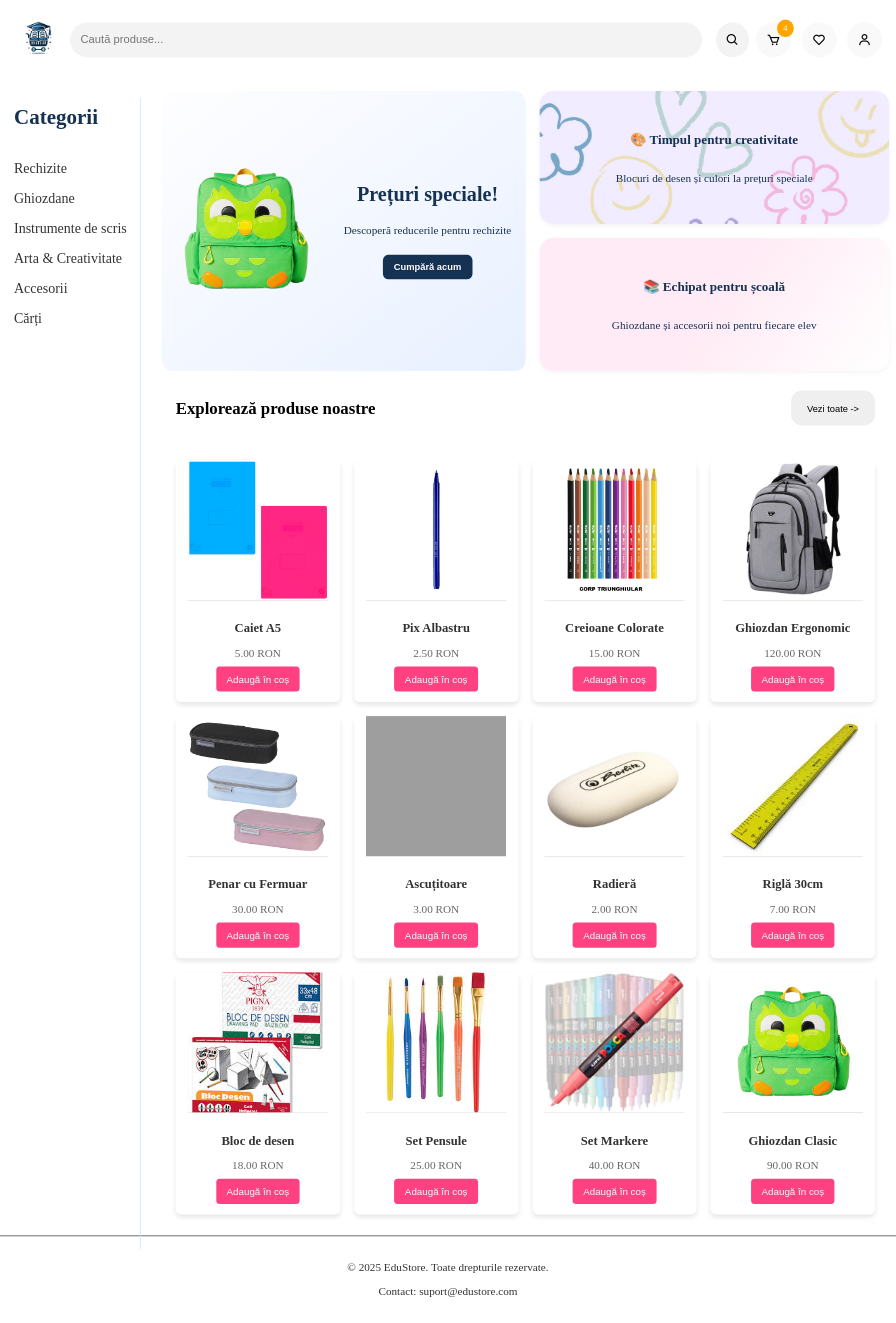
Repository: Roxana5504/WebDev-Project
Page: frontend/index.html
An editor plug-in stored every save of this project. The page is shown before and after the next save, followed by the edit.
The browser window is 1280 px wide. The pictures show the whole page, at 70% of full size.
Pictures or frames that could not be fetched are drawn as grey boxes.

Above is the page before, as saved 2025-04-23 17:43:10.

### frontend/index.html
<!DOCTYPE html>
<html lang="ro">
  <head>
    <meta charset="UTF-8" />
    <meta name="viewport" content="width=device-width, initial-scale=1.0" />
    <title>Căutare Produse</title>
    <link rel="stylesheet" href="/styles.css" />
    <link
      href="https://cdn.jsdelivr.net/npm/boxicons@2.1.4/css/boxicons.min.css"
      rel="stylesheet"
    />
  </head>

  <body>
    <header class="container-header">
      <div class="logo">
        <img src="/backend/images/logoDWS.png" alt="EduStore" />
      </div>

      <div class="search-bar">
        <button class="sidebar-toggle" id="sidebar-toggle">
          <i class="bx bx-menu"></i>
        </button>
        <input type="text" id="search-input" placeholder="Caută produse..." />
        <button class="search-btn" id="search-btn">
          <i class="bx bx-search"></i>
        </button>
      </div>

      <div class="header-icons">
        <div class="header-icon">
          <span class="cart-items">4</span>
          <i class="bx bx-cart"></i>
        </div>
        <div class="header-icon">
          <i class="bx bx-heart"></i>
        </div>
        <div class="header-icon profile">
          <i class="bx bx-user"></i>
        </div>
      </div>
    </header>

    <div class="main-content">
      <aside class="sidebar">
        <div>
          <h2>Categorii</h2>
          <ul>
            <li>Rechizite</li>
            <li>Ghiozdane</li>
            <li>Instrumente de scris</li>
            <li>Arta & Creativitate</li>
            <li>Accesorii</li>
            <li>Cărți</li>
          </ul>
        </div>
      </aside>

      <div class="container">
        <section class="banner">
          <div class="banner-left">
            <div class="banner-left-content">
              <div class="img-cont">
                <img src="/backend/images/gh.jpg" alt="Oferta specială" />
              </div>

              <div class="banner-text">
                <h2>Prețuri speciale!</h2>
                <p>Descoperă reducerile pentru rechizite</p>
                <button class="buy-now-btn" id="buy-now-btn">
                  Cumpără acum
                </button>
              </div>
            </div>
          </div>

          <div class="banner-right">
            <div class="banner-right-up">
              <h3>🎨 Timpul pentru creativitate</h3>
              <p>Blocuri de desen și culori la prețuri speciale</p>
            </div>
            <div class="banner-right-down">
              <h3>📚 Echipat pentru școală</h3>
              <p>Ghiozdane și accesorii noi pentru fiecare elev</p>
            </div>
          </div>
        </section>

        <section class="products">
          <div class="products-explore-line">
            <h2>Explorează produse noastre</h2>
            <button class="all-products-button">Vezi toate -></button>
          </div>
          <div id="product-list" class="product-list"></div>
        </section>
      </div>
    </div>
    <footer>
      <p>&copy; 2025 EduStore. Toate drepturile rezervate.</p>
      <p>Contact: suport@edustore.com</p>
    </footer>
    <script src="script.js"></script>
  </body>
</html>

### frontend/styles.css
/*CSS Roxana*/
html,
body {
  height: auto; /* nu mai forțăm 100% */
  min-height: 100%;
  margin: 0;
  padding-top: 60px;
  overflow-x: hidden;
}

.modal-overlay {
  position: fixed;
  top: 0;
  left: 0;
  right: 0;
  bottom: 0;
  background: rgba(0, 0, 0, 0.6);
  display: flex;
  align-items: center;
  justify-content: center;
  padding: 20px;
  z-index: 9999;
  overflow-y: auto;
  box-sizing: border-box;
}

.modal-content {
  display: flex;
  flex-direction: column;
  background: white;
  padding: 20px;
  border-radius: 10px;
  max-width: 800px;
  width: 100%;
  max-height: 90vh;
  overflow-y: auto;
  position: relative;
  box-sizing: border-box;
  align-items: center;
}

.modal-buttons {
  align-items: center;
  display: flex;
  gap: 10px;
  margin-top: 20px;
}

.modal-content button {
  background-color: black;
  color: white;
  font-weight: bold;
  border: none;
  padding: 12px 16px;
  border-radius: 5px;
}

.close-btn {
  position: absolute;
  top: 10px;
  right: 15px;
  font-size: 24px;
  cursor: pointer;
  color: red;
}

.modal-products {
  display: flex;
  flex-wrap: wrap;
  gap: 20px;
}

.modal-product-card {
  width: 200px;
  border: 1px solid #eee;
  border-radius: 10px;
  padding: 10px;
  text-align: center;
}

.modal-product-card img {
  max-width: 100%;
  height: auto;
  border-radius: 5px;
}

.container-header {
  position: fixed;
  top: 0px;
  background-color: white;
  z-index: 98;
  padding: 20px;
  display: flex;
  align-items: center;
  justify-content: space-between;
  width: 100%;
  box-sizing: border-box;
  flex-wrap: wrap;
  gap: 10px;
}

.logo img {
  height: 70px;
  cursor: pointer;
}

.search-bar {
  flex: 1;
  gap: 20px;
  display: flex;
  align-items: center;
  position: relative;
  max-width: 1000px;
}

.search-btn {
  width: 50px;
  height: 50px;
  border-radius: 100%;
  border: none;
  background-color: #f3f3f3;
  display: flex;
  justify-content: center;
  align-items: center;
  cursor: pointer;
  font-size: 20px;
}

.search-bar input {
  min-width: 200px;
  width: 100%;
  height: 50px;
  padding: 10px 15px;
  border-radius: 50px;
  border: none;
  background-color: #f3f3f3;
  font-size: 16px;
  outline: none;
  box-sizing: border-box;
}

.header-icons {
  display: flex;
  align-items: center;
  gap: 15px;
}

.header-icon {
  position: relative;
  width: 50px;
  height: 50px;
  background-color: #f9f9f9;
  border-radius: 50%;
  display: flex;
  justify-content: center;
  align-items: center;
  cursor: pointer;
}

.header-icon i {
  font-size: 20px;
  color: black;
}

.cart-items {
  position: absolute;
  top: -4px;
  right: -4px;
  background-color: orange;
  color: white;
  font-size: 12px;
  border-radius: 100%;
  padding: 5px 9px;
}

.main-content {
  display: flex;
  width: 100%;
  box-sizing: border-box;
}

.container {
  flex: 1;
  width: 100%;
  margin: 0px auto;
  display: flex;
  flex-direction: column;
  padding: 10px;
  max-width: 1200px;
  box-sizing: border-box;
  justify-content: flex-start;
}

.sidebar {
  position: relative;
  top: 20px;
  height: auto;
  width: 200px;
  padding-right: 0px;
  margin-right: 20px;
  border-right: 1px solid rgb(203, 227, 255);
}

.sidebar div {
  position: sticky;
  top: 0px;
  background-color: white;
  z-index: 99;
}

.sidebar h2 {
  padding: 10px 0 10px 20px;
  font-size: 30px;
  font-weight: bold;
  margin-top: 0px;
  color: rgb(22, 50, 82);
}

.sidebar ul {
  list-style: none;
  padding: 0;
  margin: 0;
  margin-left: 20px;
}

.sidebar ul li {
  padding: 10px 0;
  font-size: 20px;
  color: #333;
  cursor: pointer;
  transition: color 0.3s ease;
}

.sidebar ul li:hover {
  color: #0d4e5a;
}

.sidebar-toggle {
  background: none;
  border: none;
  font-size: 25px;
  cursor: pointer;
  display: none;
}

.banner {
  display: flex;
  flex-wrap: wrap;
  gap: 20px;
  width: 100%;
  box-sizing: border-box;
}

.banner-left {
  box-sizing: border-box;
  background: linear-gradient(to bottom right, #fefeff, #e8f0ff);
  border-radius: 16px;
  padding: 10px;
  position: relative;
  display: flex;
  align-items: center;
  flex: 1;
}

.banner-left-content {
  display: flex;
  gap: 20px;
  align-items: center;
  flex-wrap: wrap;
  width: 100%;
  justify-content: center;
  text-align: center;
}

.banner-left-content img {
  width: 100%;
  max-width: 220px;
  height: auto;
  border-radius: 10px;
  object-fit: cover;
}

.banner-text {
  flex: 1;
  display: flex;
  flex-direction: column;
  gap: 10px;
}

.banner-text h2 {
  font-size: 1.8rem;
  color: rgb(22, 50, 82);
  margin: 0;
}

.banner-text p {
  font-size: 1rem;
  color: rgb(22, 50, 82);
}

.buy-now-btn {
  background-color: rgb(22, 50, 82);
  max-width: 200px;
  color: white;
  border: none;
  padding: 10px 16px;
  border-radius: 8px;
  font-weight: bold;
  cursor: pointer;
  align-self: center;
}

.banner-right {
  flex: 1;
  display: flex;
  flex-direction: column;
  justify-content: space-between;
  gap: 20px;
  min-width: 300px;
}

.banner-right-up,
.banner-right-down {
  border-radius: 20px;
  padding: 20px;
  text-align: center;
  min-height: 150px;
  display: flex;
  flex-direction: column;
  justify-content: center;
  box-shadow: 0 2px 6px rgba(0, 0, 0, 0.05);
}

.banner-right-up {
  background: url("/backend/images/bkgdsw.jpg");
  background-size: cover;
  color: rgb(22, 50, 82);
  flex: 1;
}

.banner-right-down {
  background: #ffebf5;
  background: linear-gradient(
    124deg,
    rgba(255, 235, 245, 1) 50%,
    rgba(255, 255, 255, 1) 100%
  );
  color: rgb(22, 50, 82);
  flex: 1;
}

footer {
  text-align: center;
  padding: 20px;
  border-top: 1px solid #333;
  color: #333;
  background-color: white;
}

.products-explore-line {
  display: flex;
  justify-content: space-between;
  width: 100%;
  box-sizing: border-box;
  align-items: center;
  padding: 20px;
}

.all-products-button {
  border: none;
  border-radius: 16px;
  padding: 0px 10px;
  width: 120px;
  height: 50px;
  cursor: pointer;
}

@media (max-width: 768px) {
  .search-bar {
    gap: 10px;
    width: 100%;
    margin: 0px;
    order: 1;
    display: flex;
    justify-content: center;
  }

  .search-bar input {
    flex: 1;
    margin: 0 10px;
  }

  .banner {
    flex-direction: column;
  }

  .banner-left {
    width: 100%;
    flex: none;
  }

  .banner-right {
    flex-direction: row;
    flex-wrap: wrap;
    width: 100%;
    gap: 20px;
  }

  .banner-right-up,
  .banner-right-down {
    flex: 1 1 48%;
    min-width: 48%;
    padding: 15px;
  }
}

@media (max-width: 600px) {
  .modal-products {
    flex-direction: column;
    align-items: center;
  }

  .modal-product-card {
    width: 100%;
    max-width: 300px;
  }
  .sidebar {
    position: fixed;
    z-index: 99;
    transform: translateX(-100%);
    display: none;
    border: none;
  }

  .sidebar-toggle {
    display: block;
  }

  .sidebar.open {
    transform: translateX(0);
    display: block;
  }

  .sidebar h2 {
    font-size: 22px;
  }

  .sidebar ul li {
    font-size: 16px;
  }
}

/*Sfarsit CSS Roxana*/

.product-list {
  display: grid;
  grid-template-columns: repeat(auto-fit, minmax(220px, 1fr));
  gap: 20px;
  padding: 20px;
}

.product-card {
  background: white;
  border-radius: 8px;
  box-shadow: 0px 4px 8px rgba(0, 0, 0, 0.1);
  overflow: hidden;
  text-align: center;
  transition: transform 0.2s ease-in-out;
}

.product-card:hover {
  transform: scale(1.05);
}

.product-card img {
  width: 100%;
  height: 200px;
  object-fit: cover;
  border-bottom: 1px solid #ddd;
}

.product-card .product-info {
  padding: 15px;
}

.product-card h3 {
  font-size: 18px;
  margin: 10px 0;
  color: #333;
}

.product-card p {
  font-size: 16px;
  color: #666;
  margin-bottom: 10px;
}

.product-card button {
  background: #ff4081;
  color: white;
  border: none;
  padding: 10px 15px;
  border-radius: 5px;
  cursor: pointer;
  font-size: 14px;
  transition: background 0.3s;
}

.product-card button:hover {
  background: #e6006e;
}

@media (max-width: 768px) {
  .product-list {
    grid-template-columns: repeat(auto-fit, minmax(180px, 1fr));
  }
}

### frontend/script.js
//Roxana
document.addEventListener("DOMContentLoaded", function () {
  const categoryItems = document.querySelectorAll("aside li")
  const productList = document.getElementById("product-list")
  let products = []

  fetch("/products.json")
    .then((response) => {
      if (!response.ok) {
        throw new Error("Eroare la încărcarea fișierului products.json")
      }
      return response.json()
    })
    .then((data) => {
      products = data.products.map((product) => {
        const name = product.name.toLowerCase()
        let category = "altele"

        if (name.includes("ghiozdan")) category = "ghiozdane"
        else if (
          name.includes("pix") ||
          name.includes("creion") ||
          name.includes("marker") ||
          name.includes("pensul")
        )
          category = "arta-creativitate"
        else if (
          name.includes("radier") ||
          name.includes("ascuțitoare") ||
          name.includes("rigl")
        )
          category = "accesorii"
        else if (
          name.includes("caiet") ||
          name.includes("penar") ||
          name.includes("bloc")
        )
          category = "rechizite"

        return { ...product, category }
      })

      renderProducts()
    })
    .catch((error) => {
      console.error("Eroare la încărcare produse:", error)
    })

  function renderProducts() {
    productList.innerHTML = ""
    products.forEach((product) => {
      const productCard = document.createElement("div")
      productCard.classList.add("product-card")
      productCard.setAttribute("data-category", product.category)
      productCard.innerHTML = `
        <img src="${product.image}" alt="${
        product.name
      }" style="width: 200px; height: 200px; object-fit: cover;">
        <div class="product-info">
          <h3>${product.name}</h3>
          <p>${product.price.toFixed(2)} RON</p>
          <button>Adaugă în coș</button>
        </div>
      `
      productList.appendChild(productCard)
    })
  }

  categoryItems.forEach((item) => {
    item.addEventListener("click", function () {
      const category = this.textContent
        .trim()
        .toLowerCase()
        .replace(/\s+/g, "-")
      const productCards = document.querySelectorAll(".product-card")

      productCards.forEach((product) => {
        if (
          product.getAttribute("data-category") === category ||
          category === "toate"
        ) {
          product.style.display = "flex"
        } else {
          product.style.display = "none"
        }
      })
    })
  })
})

document.getElementById("search-btn").addEventListener("click", () => {
  const query = document.getElementById("search-input").value.trim()

  fetch(`/products/${query}`)
    .then((res) => {
      if (!res.ok) throw new Error("Server error: " + res.status)
      return res.json()
    })
    .then((data) => {
      if (data.length > 0) {
        showModalWithProducts(data)
      } else {
        showNoProductFoundModal(query)
      }
    })
    .catch((err) => {
      console.error("Eroare:", err)
    })
})

document.getElementById("buy-now-btn").addEventListener("click", () => {
  const query = "Ghiozdan Clasic"
  fetch(`/products/${query}`)
    .then((res) => {
      if (!res.ok) throw new Error("Server error: " + res.status)
      return res.json()
    })
    .then((data) => {
      if (data.length > 0) {
        showModalWithProducts(data)
      } else {
        showNoProductFoundModal(query)
      }
    })
    .catch((err) => {
      console.error("Eroare:", err)
    })
})

function showModalWithProducts(products) {
  let modalHTML = `
      <div id="product-modal" class="modal-overlay">
        <div class="modal-content">
          <span class="close-btn" onclick="closeModal()">&times;</span>
          <h2>Rezultate Căutare</h2>
          <div class="modal-products">
    `

  products.forEach((product) => {
    modalHTML += `
        <div class="modal-product-card">
          <img src="${product.image}" alt="${product.name}" />
          <h3>${product.name}</h3>
          <p>Preț: ${product.price} lei</p>
          <p>Cantitate: ${product.quantity ?? "Nespecificat"}</p>
        </div>
      `
  })

  modalHTML += `
          </div>
        </div>
      </div>
    `

  document.body.insertAdjacentHTML("beforeend", modalHTML)
}

function showNoProductFoundModal(query) {
  const modalHTML = `
      <div id="product-modal" class="modal-overlay">
        <div class="modal-content">
          <span class="close-btn" onclick="closeModal()">&times;</span>
          <h2>Produs negăsit</h2>
          <p>Nu am găsit produsul <strong>"${query}"</strong>.</p>
          <p>Dorești să îl adaugi în magazin?</p>
          <div class="modal-buttons">
          <button onclick="openAddProductForm('${query}')">Adaugă produs</button>
          <button onclick="closeModal()">Încearcă din nou</button></div>
        </div>
      </div>
    `
  document.body.insertAdjacentHTML("beforeend", modalHTML)
}

function closeModal() {
  const modal = document.getElementById("product-modal")
  if (modal) modal.remove()
}

const sidebarToggle = document.getElementById("sidebar-toggle")
const sidebar = document.querySelector(".sidebar")

sidebarToggle.addEventListener("click", () => {
  sidebar.classList.toggle("open")
})
//Sfarsit cod Roxana

### backend/products.json
{
  "products": [
    { "name": "Caiet A5", "price": 5.0, "image": "/backend/images/caiet.jpg" },
    {
      "name": "Pix Albastru",
      "price": 2.5,
      "image": "/backend/images/pix.jpg",
      "quantity": 20
    },
    {
      "name": "Creioane Colorate",
      "price": 15.0,
      "image": "/backend/images/creioane.jpg",
      "quantity": 20
    },
    {
      "name": "Ghiozdan Ergonomic",
      "price": 120.0,
      "image": "/backend/images/ghiozdan.jpg",
      "quantity": 20
    },
    {
      "name": "Penar cu Fermuar",
      "price": 30.0,
      "image": "/backend/images/penar.jpg",
      "quantity": 20
    },
    {
      "name": "Ascuțitoare",
      "price": 3.0,
      "image": "/backend/images/ascutitoare.jpg",
      "quantity": 20
    },

    {
      "name": "Radieră",
      "price": 2.0,
      "image": "/backend/images/radiera.jpg",
      "quantity": 20
    },
    {
      "name": "Riglă 30cm",
      "price": 7.0,
      "image": "/backend/images/rigla.jpg",
      "quantity": 20
    },
    {
      "name": "Bloc de desen",
      "price": 18.0,
      "image": "/backend/images/blocdesen.jpg",
      "quantity": 20
    },
    {
      "name": "Set Pensule",
      "price": 25.0,
      "image": "/backend/images/pensule.jpg",
      "quantity": 20
    },
    {
      "name": "Set Markere",
      "price": 40.0,
      "image": "/backend/images/markere.jpg",
      "quantity": 20
    },
    {
      "name": "Ghiozdan Clasic",
      "price": 90.0,
      "image": "/backend/images/gh.jpg",
      "quantity": 20
    }
  ]
}

After the next save:
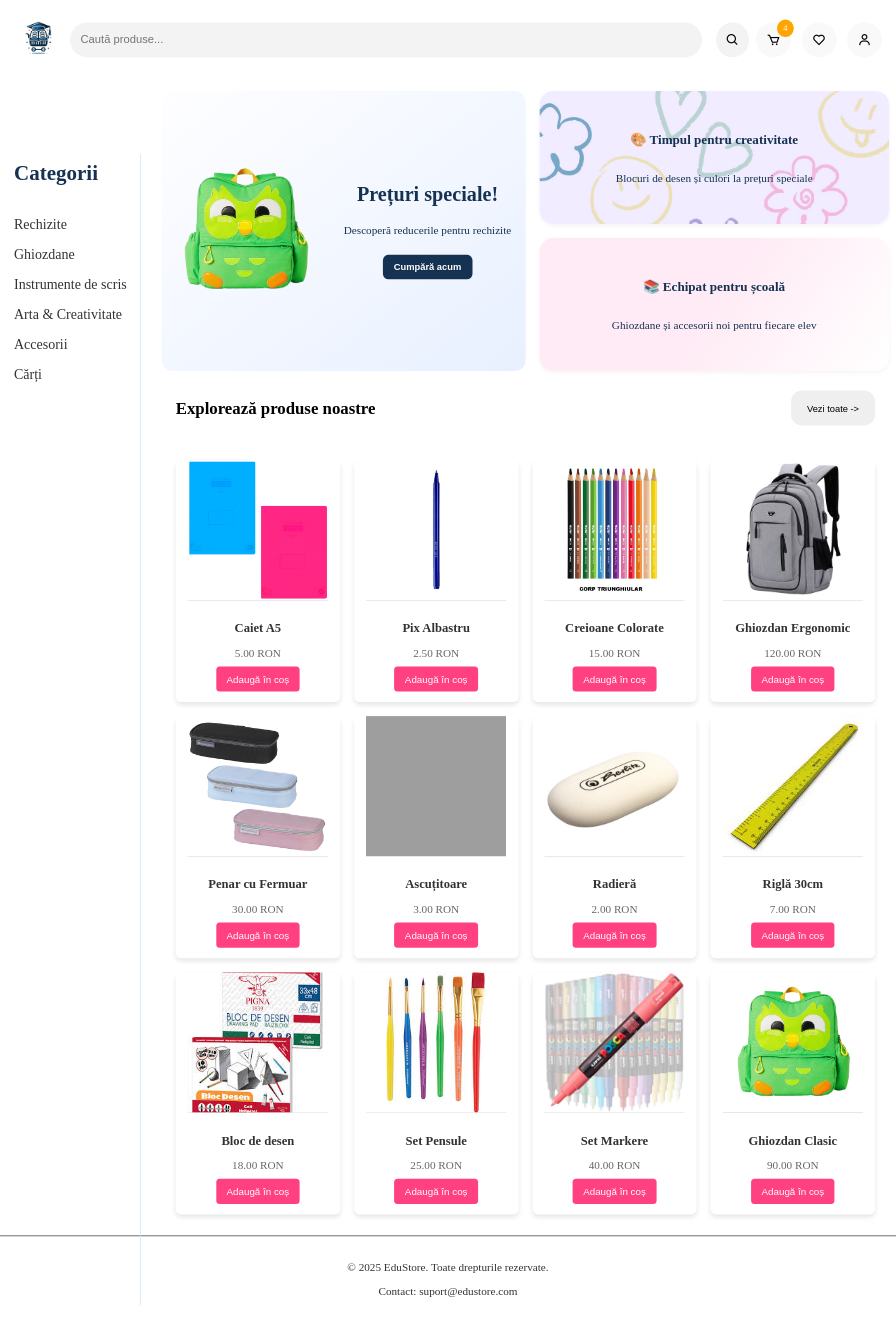
Saved 7 s later.
--- a/frontend/styles.css
+++ b/frontend/styles.css
@@ -193,7 +193,7 @@ body {
 
 .sidebar {
   position: relative;
-  top: 20px;
+  top: 100px;
   height: auto;
   width: 200px;
   padding-right: 0px;
